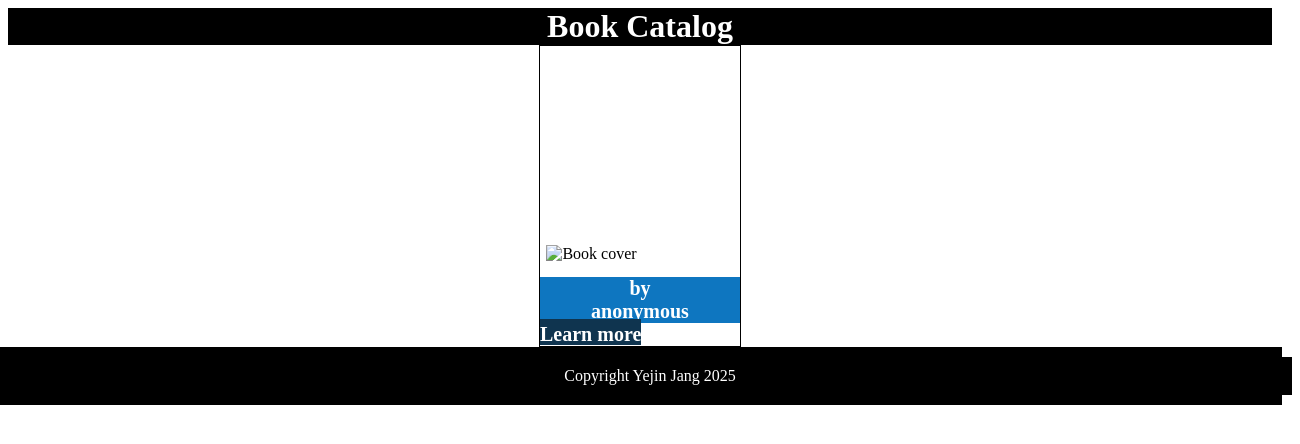
Repository: Yejin-Digital/Lab3-Assignment-BookCatalog
Page: /
These files come from the project's save history. The page is drawn as it stood at one moment and after the next save; the edit follows.
The browser window is 1280 px wide. The page is 1292 px wide, then 1300 px, so the pictures cover 1300 px, including what lies to the right of the window. The pictures show the whole page.
The project was rebuilt for these pictures with package versions that can differ from the ones it lists, and the page was loaded fresh each time. Also part of the build but not shown: vite.config.js.

Above is the page before, as saved 2025-09-13 04:12:15.

### index.html
<!DOCTYPE html>
<html lang="en">
  <head>
    <meta charset="UTF-8" />
    <link rel="icon" type="image/svg+xml" href="/vite.svg" />
    <meta name="viewport" content="width=device-width, initial-scale=1.0" />
    <title>Vite + React</title>
  </head>
  <body>
    <h1>Book Catalog</h1>
    <div id="root"></div>
    <footer class="footer-content">
      <div class="footer-content">Copyright Yejin Jang 2025</div>
    </footer>
    <script type="module" src="/src/main.jsx"></script>
  </body>
</html>

### src/index.css
html {
  font-family: 'Times New Roman', Times, serif;
  margin: 0;
  padding: 0;
}

body {
  display: flex;
  align-items: center;
  flex-direction: column;
}

.footer-content {
  background-color: black;
  color: white;
  padding: 10px;
  text-align: center;
  width: 100%;
}

h1 {
  background-color: black;
  color: white;
  text-align: center;
  width: 100%;
  margin: 0;
}

### src/App.jsx
import BookListCard from './BookListCard';

function App() {
  return (
    <div>
      <BookListCard author="anonymous" image={'/images/9781484212615.png'} />
    </div>
  );
}

export default App;

### src/BookListCard.jsx
import './BookListCard.css';

function BookListCard(props, image) {
  return (
    <div className="bookCard">
      <div className="bookImage">
        <img src={image} alt="Book cover" />
      </div>
      <div className="bookInfo">
        <p className="bookAuthor">by</p>
        <p className="bookAuthor">{props.author}</p>
        <p className="bookAuthor"></p>
        <a>Learn more</a>
      </div>
    </div>
  );
}

export default BookListCard;

### src/BookListCard.css
.bookCard {
  flex-direction: column;
  border: solid 1px black;
  width: 200px;
  height: 300px;

  display: flex;
  justify-content: flex-end;
}

.bookImage {
  padding: 6.4px;
}
.bookCard img {
  width: 100%;
  height: auto;
  max-height: 200px;
  object-fit: cover;
  margin-bottom: 8px;
}

.bookAuthor {
  font-size: 20px;
  font-weight: bold;
  color: white;
  background-color: rgb(14, 118, 192);
  text-align: center;
  margin: 0;
}

a {
  width: 100%;
  font-size: 20px;
  font-weight: bold;
  color: white;
  background-color: rgb(15, 52, 79);
  text-align: center;
  margin: 0;
  padding: 4px 0 0;
}

Loaded but not shown: src/main.jsx (common file)

After the next save:
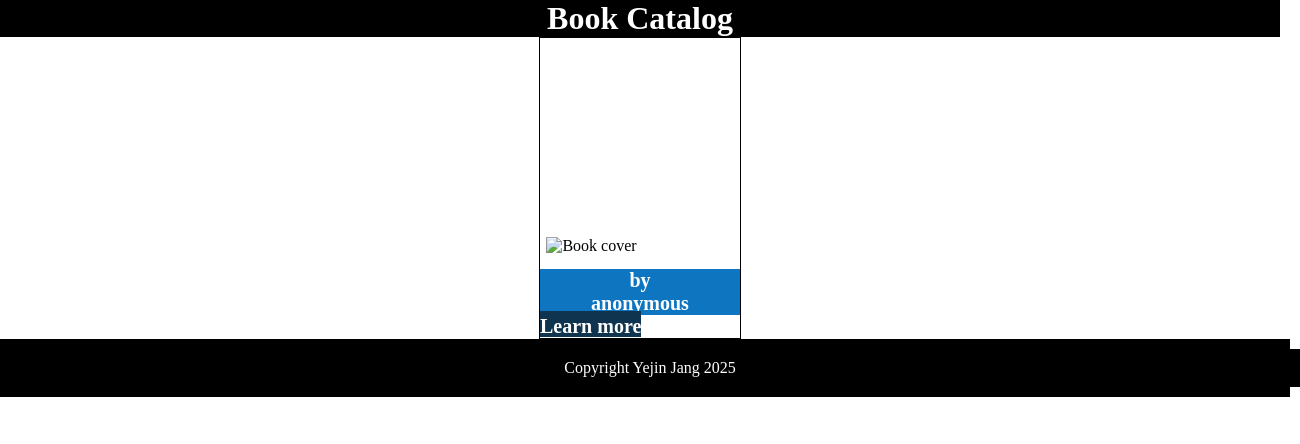
Saved 15 s later.
--- a/src/index.css
+++ b/src/index.css
@@ -1,13 +1,12 @@
 html {
   font-family: 'Times New Roman', Times, serif;
-  margin: 0;
-  padding: 0;
 }
 
 body {
   display: flex;
   align-items: center;
   flex-direction: column;
+  margin: 0;
 }
 
 .footer-content {
